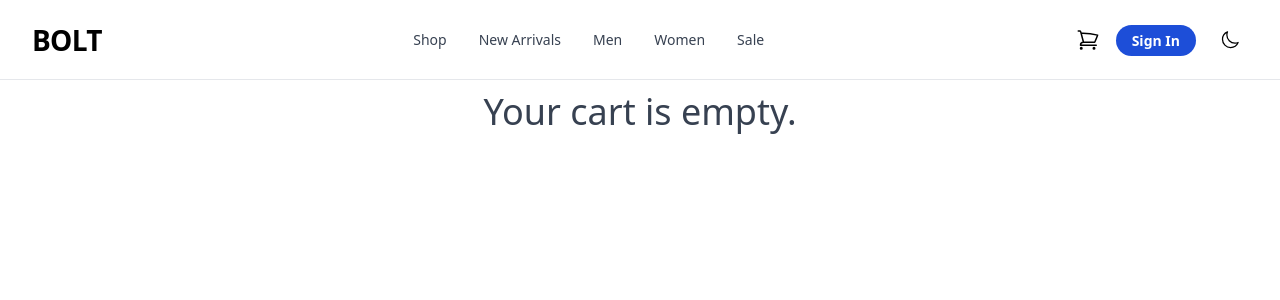
Repository: coder101-js/Ecommer-Store
Page: /Cart
An editor plug-in stored every save of this project. The page is shown before and after the next save, followed by the edit.
The browser window is 1280 px wide. The pictures show the whole page.
The project was rebuilt for these pictures with package versions that can differ from the ones it lists, and the page was loaded fresh each time. The framework's server and built-in components were replaced by stand-ins that run in the browser. Also part of the build but not shown: next.config.mjs.

Above is the page before, as saved 2025-07-19 20:27:29.

After the next save:
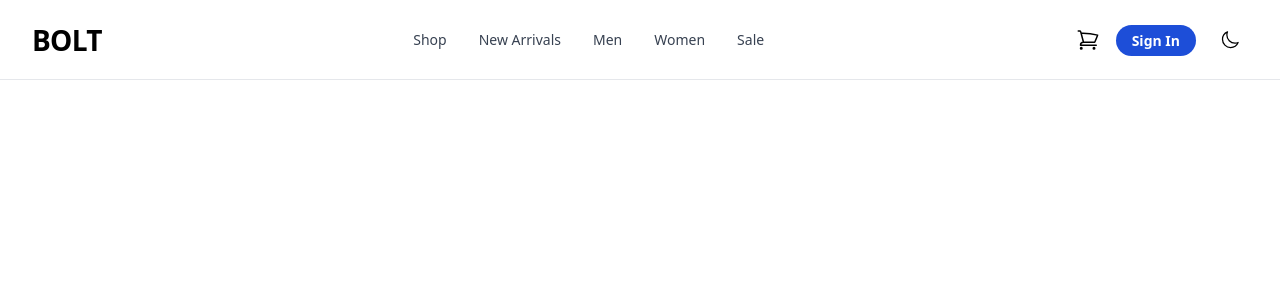
Saved 20 s later.
--- a/app/Cart/page.js
+++ b/app/Cart/page.js
@@ -14,8 +14,6 @@
 
   return (
     <div className="p-8">
-      <h1 className="text-3xl font-bold mb-6">Your Cart 🛒</h1>
-
       {cart.length === 0 ? (
         <p className="text-gray-700 text-4xl block text-center w-full dark:text-white">
           Your cart is empty.
@@ -90,7 +88,7 @@
             ))}
           </div>
 
-            <div className="mt-6 text-right space-y-2">
+          <div className="mt-6 text-right space-y-2">
             <div className="text-xl font-bold">Total: ${total.toFixed(2)}</div>
             <div className="flex gap-3 justify-end">
               <button

After the 2 saves that followed:
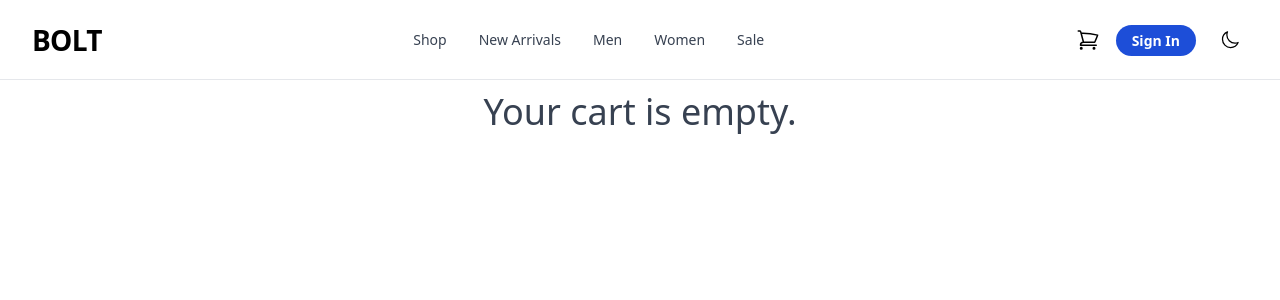
The 2 saves are shown as one change because they came seconds apart.
The last was saved 8 s later.
--- a/app/Cart/page.js
+++ b/app/Cart/page.js
@@ -14,6 +14,7 @@
 
   return (
     <div className="p-8">
+      <h1 className="text-3xl font-bold mb-6">Your Cart 🛒</h1>
       {cart.length === 0 ? (
         <p className="text-gray-700 text-4xl block text-center w-full dark:text-white">
           Your cart is empty.
@@ -88,7 +89,7 @@
             ))}
           </div>
 
-          <div className="mt-6 text-right space-y-2">
+            <div className="mt-6 text-right space-y-2">
             <div className="text-xl font-bold">Total: ${total.toFixed(2)}</div>
             <div className="flex gap-3 justify-end">
               <button
